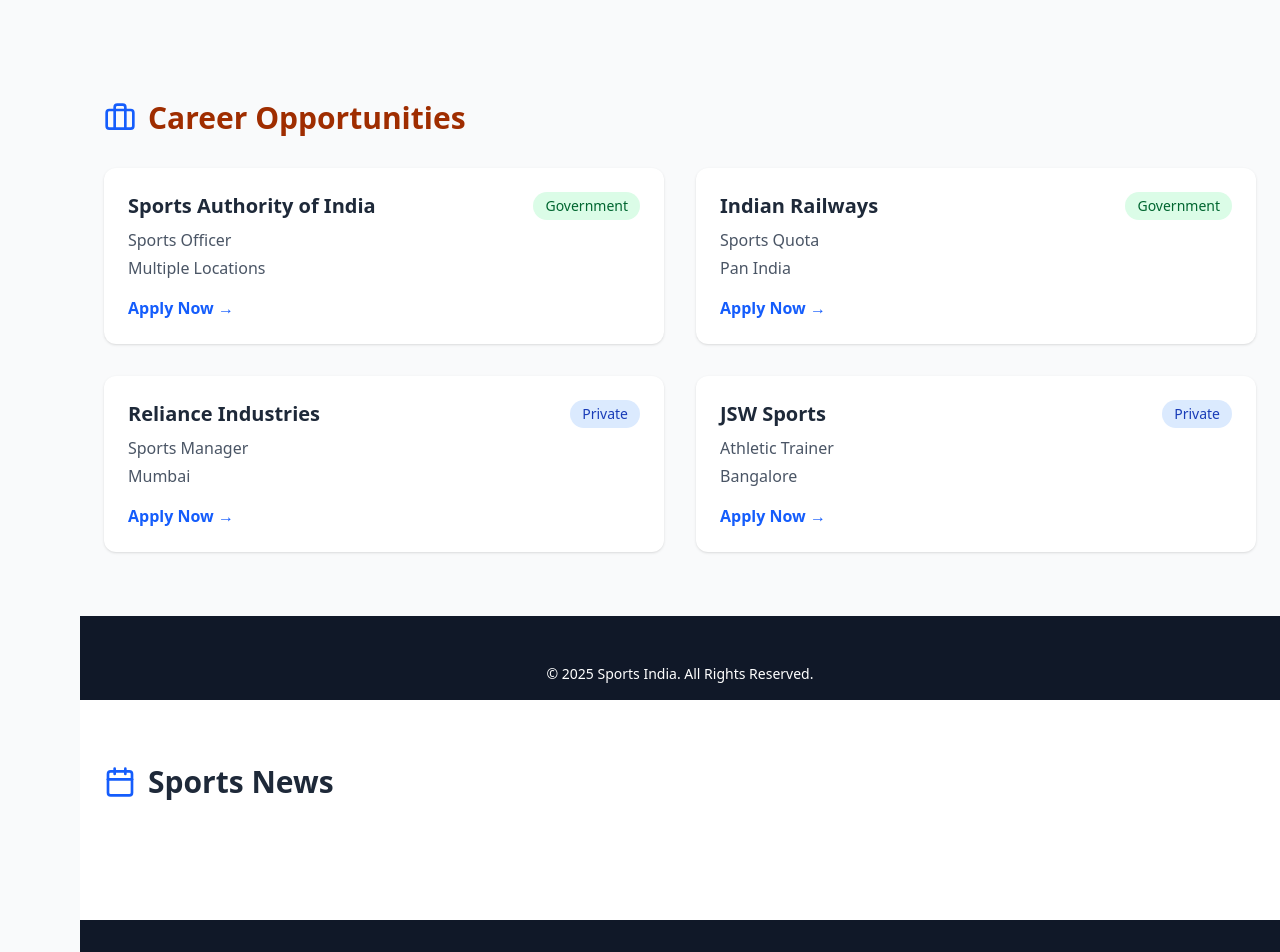
Repository: Shovon0004/Athlete
Page: /medical (app in Athlete/)
The author's editor kept a copy of each file at every save. The page is drawn from the files as they stood at one save, then again after the next save.
The browser window is 1280 px wide. The pictures show the part of the page from y = 932 to 1884 px (the page is 1884 px tall before and 1688 px after).
The page's requests for data from a server got no answer. The project was rebuilt for these pictures with package versions that can differ from the ones it lists, and the page was loaded fresh each time. No one was signed in, and anything a server would have sent is missing. Also part of the build but not shown: Athlete/vite.config.js.

Above is the page before, as saved 2025-01-26 11:40:01.

After the next save:
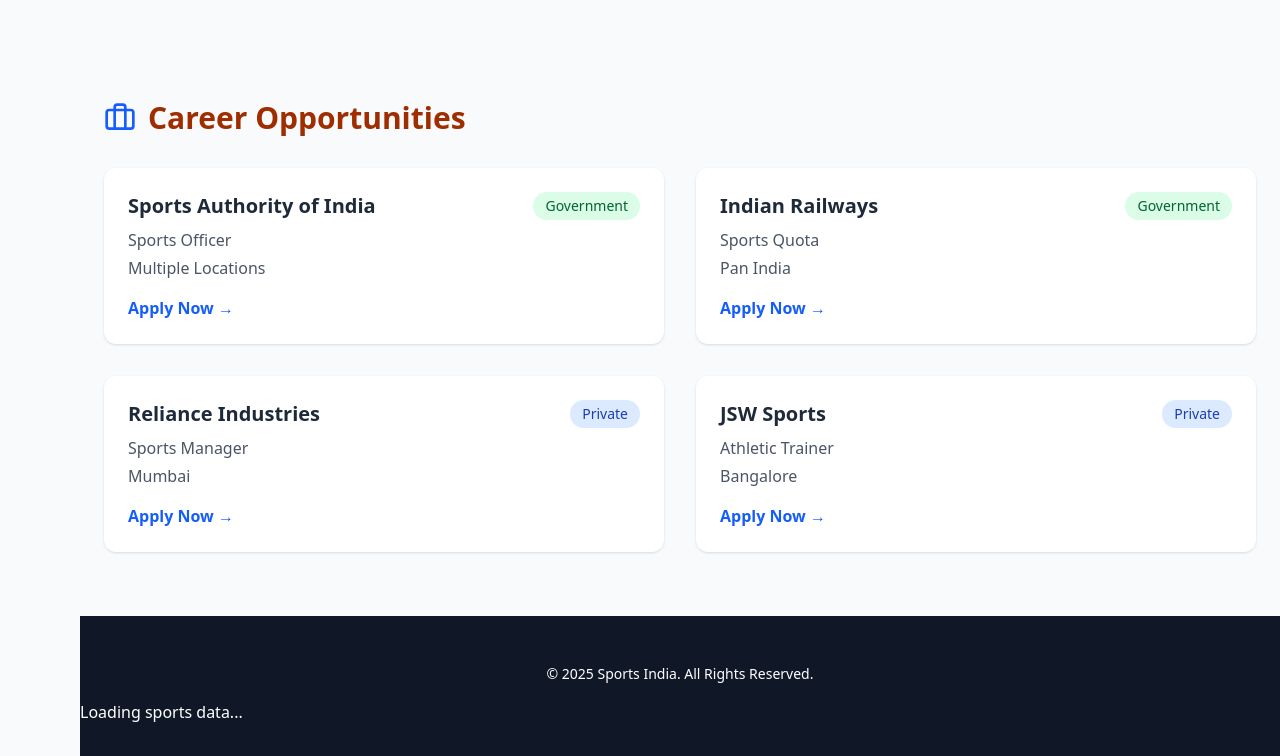
Saved 1 s later.
--- a/Athlete/src/components/SportsNewsSection.jsx
+++ b/Athlete/src/components/SportsNewsSection.jsx
@@ -1,59 +1,35 @@
-import React, { useEffect, useState } from 'react';
+import React, { useState, useEffect } from 'react';
 import axios from 'axios';
-import { Calendar, Briefcase } from 'lucide-react';  // existing icons
 
-// ... (other imports and components like schemes, upcomingMatches, etc.)
+const SportsPage = () => {
+  const [commData, setCommData] = useState(null);
 
-const SportsNewsSection = () => {
-  const [news, setNews] = useState([]);
-  const [loading, setLoading] = useState(true);
-
-  // Fetch sports news from the API
   useEffect(() => {
-    const fetchNews = async () => {
+    const fetchCommData = async () => {
       try {
-        const response = await axios.get('https://newsapi.org/v2/top-headlines?country=in&category=sports&apiKey=968ed8d338864e7cb30985681a6b4893');
-        setNews(response.data.articles);
-        setLoading(false);
+        const response = await axios.get('https://cricbuzz-cricket.p.rapidapi.com/mcenter/v1/41881/comm', {
+          headers: {
+            'x-rapidapi-host': 'cricbuzz-cricket.p.rapidapi.com',
+            'x-rapidapi-key': '8b86613ae2msh4771cf9f202aaf6p10c215jsnd54097c8f0e1'
+          }
+        });
+        setCommData(response.data);
       } catch (error) {
-        console.error("Error fetching sports news", error);
-        setLoading(false);
+        console.error('Error fetching sports data:', error);
       }
     };
-
-    fetchNews();
+    fetchCommData();
   }, []);
 
   return (
-    <section className="py-16 bg-white">
-      <div className="container mx-auto px-6">
-        <div className="flex items-center mb-8">
-          <Calendar className="w-8 h-8 text-blue-600 mr-3" />
-          <h2 className="text-3xl font-bold text-gray-800">Sports News</h2>
-        </div>
-
-        {loading ? (
-          <div className="text-center py-4">Loading news...</div>
-        ) : (
-          <div className="grid md:grid-cols-3 gap-8">
-            {news.length > 0 ? (
-              news.map((article, index) => (
-                <div key={index} className="bg-gray-50 rounded-xl p-6 shadow-sm hover:shadow-md transition-shadow">
-                  <h3 className="text-xl font-semibold text-gray-800 mb-2">{article.title}</h3>
-                  <p className="text-gray-600 mb-3">{article.description}</p>
-                  <a href={article.url} target="_blank" rel="noopener noreferrer" className="text-blue-600 font-semibold hover:text-blue-700">
-                    Read more →
-                  </a>
-                </div>
-              ))
-            ) : (
-              <p>No sports news available.</p>
-            )}
-          </div>
-        )}
-      </div>
-    </section>
+    <div>
+      {commData ? (
+        <pre>{JSON.stringify(commData, null, 2)}</pre>
+      ) : (
+        <p>Loading sports data...</p>
+      )}
+    </div>
   );
 };
 
-export default SportsNewsSection;
+export default SportsPage;
